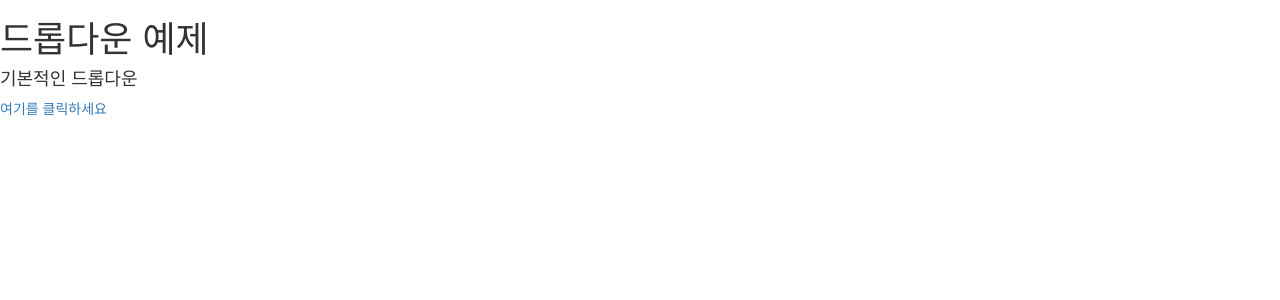
Repository: RYE415/4.jsp
Page: BootstrapTest/src/main/webapp/7.component/2.dropdown.html
An editor plug-in stored every save of this project. The page is shown before and after the next save, followed by the edit.
The browser window is 1280 px wide. The pictures show the whole page.
Some web libraries are served in a nearby version.

Above is the page before, as saved 2022-08-09 06:03:50.

### BootstrapTest/src/main/webapp/7.component/2.dropdown.html
<!DOCTYPE html>
<html lang="ko">
  <head>
    <meta charset="utf-8">
    <meta http-equiv="X-UA-Compatible" content="IE=edge">
    <meta name="viewport" content="width=device-width, initial-scale=1">
    <!-- 위 3개의 메타 태그는 *반드시* head 태그의 처음에 와야합니다; 어떤 다른 콘텐츠들은 반드시 이 태그들 *다음에* 와야 합니다 -->
    <title>예제</title>

    <!-- 부트스트랩 -->
    <link href="../css/bootstrap.min.css" rel="stylesheet">

    <!-- IE8 에서 HTML5 요소와 미디어 쿼리를 위한 HTML5 shim 와 Respond.js -->
    <!-- WARNING: Respond.js 는 당신이 file:// 을 통해 페이지를 볼 때는 동작하지 않습니다. -->
    <!--[if lt IE 9]>
      <script src="https://oss.maxcdn.com/html5shiv/3.7.2/html5shiv.min.js"></script>
      <script src="https://oss.maxcdn.com/respond/1.4.2/respond.min.js"></script>
    <![endif]-->
  </head>
  <body>
    <h1>드롭다운 예제</h1>
    <h4>기본적인 드롭다운</h4>

    <!--
    드롭다운에 별도의 헤더를 추가(대표 키워드)
    li태그 내부에 class="dropdown-header"
    메뉴는 메뉴 불활성화(사용불가)->li태그 내부에 class="disabled"

    .dropdown-header {
	  display: block;
	  padding: 3px 20px;
	  font-size: 12px;
	  line-height: 1.42857143;
	  color: #777;
	  white-space: nowrap;
	}

     -->

     <div class="dropdown">
     	<a data-toggle="dropdown" href="#">여기를 클릭하세요</a><!-- 이벤트대상 -->
     		<ul class="dropdown-menu" role="menu">
     		<li role="presentation" class="dropdown-header">회원</li>
     		<li role="presentation">
     			<a role="menuitem" tabindex="-1" href="#">회원로그인</a>
     		</li>
     		<li role="presentation">
     			<a role="menuitem" tabindex="-1" href="#">자유게시판</a>
     		</li>
     		<li role="presentation">
     			<a role="menuitem" tabindex="-1" href="#">설문조사</a>
     		</li>

     		</ul>
     </div>

    <!-- jQuery (부트스트랩의 자바스크립트 플러그인을 위해 필요합니다) -->
    <script src="https://ajax.googleapis.com/ajax/libs/jquery/1.11.2/jquery.min.js"></script>
    <!-- 모든 컴파일된 플러그인을 포함합니다 (아래), 원하지 않는다면 필요한 각각의 파일을 포함하세요 -->
    <script src="../js/bootstrap.min.js"></script>
  </body>
</html>

Loaded but not shown: BootstrapTest/src/main/webapp/css/bootstrap.min.css (library); BootstrapTest/src/main/webapp/js/bootstrap.min.js (library)

After the next save:
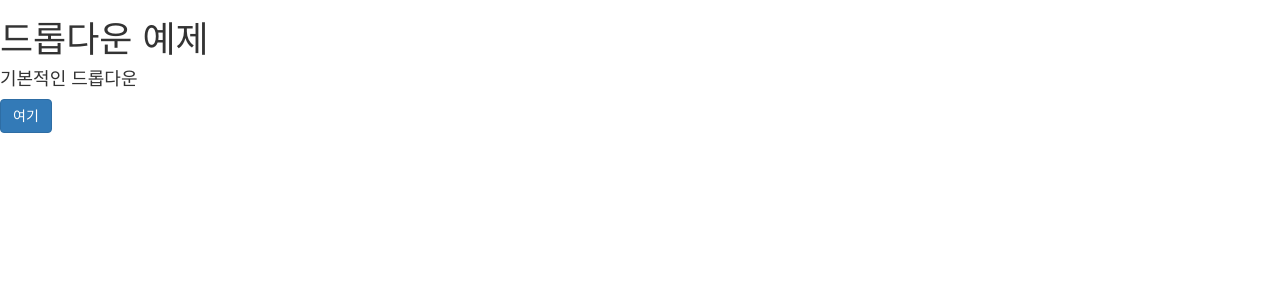
Saved 3 min 56 s later.
--- a/BootstrapTest/src/main/webapp/7.component/2.dropdown.html
+++ b/BootstrapTest/src/main/webapp/7.component/2.dropdown.html
@@ -38,7 +38,8 @@
      -->
 
      <div class="dropdown">
-     	<a data-toggle="dropdown" href="#">여기를 클릭하세요</a><!-- 이벤트대상 -->
+     	<!-- <a data-toggle="dropdown" href="#">여기를 클릭하세요</a> --><!-- 이벤트대상 -->
+     		<input type="button" data-toggle="dropdown" class="btn btn-default btn-primary" value="여기">
      		<ul class="dropdown-menu" role="menu">
      		<li role="presentation" class="dropdown-header">회원</li>
      		<li role="presentation">
